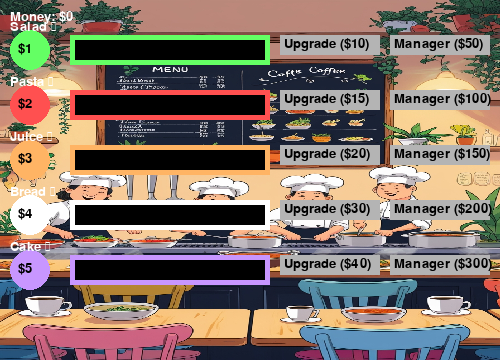
Repository: jontslater/idleclicker
Script's output: python main.py
These files come from the project's save history. The script's output is drawn as it stood at one moment and after a run of saves; the edit follows.
The window is shown after at most 60 frames with no key pressed. Random numbers start from a fixed seed. It also reads Leonardo_Phoenix_10_A_cozy_cartoonstyle_restaurant_interior_wa_1.jpg.

Above is the script's output before, as saved 2025-04-14 13:40:13.

After the next 4 saves:
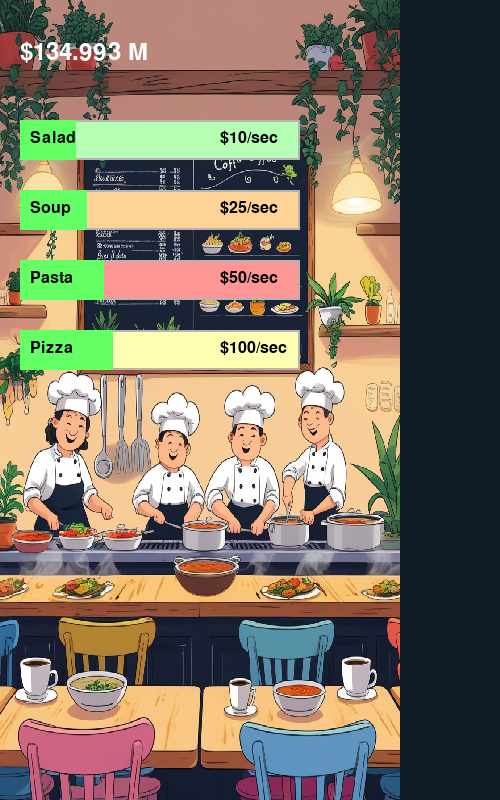
The 4 saves are shown as one change because 3 did not build or start.
The last was saved 11 min 24 s later.
--- a/main.py
+++ b/main.py
@@ -1,121 +1,75 @@
 import pygame
+import os
 
 pygame.init()
 
-# Set up screen FIRST before loading and converting image
-screen = pygame.display.set_mode([500, 360])
-pygame.display.set_caption('Idle Restaurant')
+# Screen setup for phone dimensions
+SCREEN_WIDTH, SCREEN_HEIGHT = 400, 800
+screen = pygame.display.set_mode((SCREEN_WIDTH, SCREEN_HEIGHT))
+pygame.display.set_caption("Idle Restaurant")
 
-# Now it's safe to load and convert the image
-background_img = pygame.image.load("c:/Users/lisaa/workspace/idleclicker/Leonardo_Phoenix_10_A_cozy_cartoonstyle_restaurant_interior_wa_1.jpg").convert()
-background_img = pygame.transform.scale(background_img, (500, 360))
+background = pygame.image.load("C:/Users/lisaa/workspace/idleclicker/Leonardo_Phoenix_10_A_cozy_cartoonstyle_restaurant_interior_wa_1.jpg")
+background = pygame.transform.scale(background, (SCREEN_WIDTH, SCREEN_HEIGHT))
 
-
-# Colors
-red = (255, 80, 80)
-green = (100, 255, 100)
-orange = (255, 180, 100)
-white = (255, 255, 255)
-black = (0, 0, 0)
-purple = (200, 150, 255)
-gray = (180, 180, 180)
-dark_gray = (70, 70, 70)
-
-screen = pygame.display.set_mode([500, 360])
-pygame.display.set_caption('Idle Restaurant')
-background = background_img
-framerate = 60
-font = pygame.font.Font(None, 20)
-timer = pygame.time.Clock()
-
-# Game values
-score = 0
+# Fonts and colors
+font_small = pygame.font.Font(None, 24)
+font_large = pygame.font.Font(None, 36)
+WHITE = (255, 255, 255)
+BLACK = (0, 0, 0)
+GRAY = (180, 180, 180)
+GREEN = (100, 255, 100)
 
 # Station data
 stations = [
-    {"name": "Salad 🥗", "color": green, "value": 1, "speed": 5, "length": 0, "draw": False, "auto": False, "upgrade_cost": 10, "manager_cost": 50},
-    {"name": "Pasta 🍝", "color": red, "value": 2, "speed": 4, "length": 0, "draw": False, "auto": False, "upgrade_cost": 15, "manager_cost": 100},
-    {"name": "Juice 🍊", "color": orange, "value": 3, "speed": 3, "length": 0, "draw": False, "auto": False, "upgrade_cost": 20, "manager_cost": 150},
-    {"name": "Bread 🍞", "color": white, "value": 4, "speed": 2, "length": 0, "draw": False, "auto": False, "upgrade_cost": 30, "manager_cost": 200},
-    {"name": "Cake 🍰", "color": purple, "value": 5, "speed": 1, "length": 0, "draw": False, "auto": False, "upgrade_cost": 40, "manager_cost": 300},
+    {"name": "Salad", "value": 10, "progress": 0, "max": 300, "color": (180, 255, 180)},
+    {"name": "Soup", "value": 25, "progress": 0, "max": 250, "color": (255, 210, 150)},
+    {"name": "Pasta", "value": 50, "progress": 0, "max": 200, "color": (255, 150, 150)},
+    {"name": "Pizza", "value": 100, "progress": 0, "max": 180, "color": (255, 255, 180)},
 ]
 
-def draw_station(station, y):
-    global score
-    # Auto-run if manager purchased
-    if station["auto"]:
-        station["draw"] = True
+def draw_ui():
+    screen.blit(background, (0, 0))
+    y_offset = 120
 
-    # Progress bar logic
-    if station["draw"] and station["length"] < 200:
-        station["length"] += station["speed"]
-    elif station["draw"] and station["length"] >= 200:
-        station["draw"] = False
-        station["length"] = 0
-        score += station["value"]
+    # Draw header
+    header = font_large.render("$134.993 M", True, WHITE)
+    screen.blit(header, (20, 40))
 
-    # Draw icon
-    pygame.draw.circle(screen, station["color"], (30, y), 20)
-    pygame.draw.rect(screen, station["color"], [70, y - 15, 200, 30])
-    pygame.draw.rect(screen, black, [75, y - 10, 190, 20])
-    pygame.draw.rect(screen, station["color"], [70, y - 15, station["length"], 30])
+    # Draw stations
+    for i, station in enumerate(stations):
+        pygame.draw.rect(screen, station["color"], (20, y_offset, 280, 40))
+        pygame.draw.rect(screen, GRAY, (20, y_offset, 280, 40), 2)
 
-    label = font.render(station["name"], True, white)
-    screen.blit(label, (10, y - 30))
+        # Progress fill
+        progress_width = (station["progress"] / station["max"]) * 280
+        pygame.draw.rect(screen, GREEN, (20, y_offset, progress_width, 40))
 
-    value_text = font.render(f"${station['value']}", True, black)
-    screen.blit(value_text, (18, y - 8))
+        # Text
+        name = font_small.render(station["name"], True, BLACK)
+        screen.blit(name, (30, y_offset + 10))
 
-    # Buttons: upgrade and manager
-    upg_btn = pygame.Rect(280, y - 15, 100, 20)
-    mgr_btn = pygame.Rect(390, y - 15, 100, 20)
+        income = font_small.render(f"${station['value']}/sec", True, BLACK)
+        screen.blit(income, (220, y_offset + 10))
 
-    pygame.draw.rect(screen, gray, upg_btn)
-    pygame.draw.rect(screen, gray, mgr_btn)
+        y_offset += 70
 
-    upg_label = font.render(f"Upgrade (${station['upgrade_cost']})", True, black)
-    mgr_label = font.render(f"Manager (${station['manager_cost']})", True, black)
-    screen.blit(upg_label, (upg_btn.x + 4, upg_btn.y + 2))
-    screen.blit(mgr_label, (mgr_btn.x + 4, mgr_btn.y + 2))
-
-    return pygame.Rect(10, y - 20, 40, 40), upg_btn, mgr_btn
-
+# Game loop
+clock = pygame.time.Clock()
 running = True
 while running:
-    timer.tick(framerate)
-    screen.blit(background, (0, 0))
-
-
-    # Events
+    clock.tick(60)
     for event in pygame.event.get():
         if event.type == pygame.QUIT:
             running = False
 
-        if event.type == pygame.MOUSEBUTTONDOWN:
-            for i, station in enumerate(stations):
-                task_y = 50 + i * 55
-                task_rect, upg_rect, mgr_rect = draw_station(station, task_y)
+    # Update logic (example: increase progress)
+    for station in stations:
+        station["progress"] += 1
+        if station["progress"] >= station["max"]:
+            station["progress"] = 0
+            # Here you could increase money by station['value']
 
-                if task_rect.collidepoint(event.pos) and not station["auto"]:
-                    station["draw"] = True
-
-                if upg_rect.collidepoint(event.pos) and score >= station["upgrade_cost"]:
-                    score -= station["upgrade_cost"]
-                    station["speed"] += 1
-                    station["upgrade_cost"] += 10
-
-                if mgr_rect.collidepoint(event.pos) and not station["auto"] and score >= station["manager_cost"]:
-                    score -= station["manager_cost"]
-                    station["auto"] = True
-
-    # Draw stations
-    for i, station in enumerate(stations):
-        draw_station(station, 50 + i * 55)
-
-    # Score display
-    money_text = font.render(f"Money: ${round(score, 2)}", True, white)
-    screen.blit(money_text, (10, 10))
-
-    pygame.display.update()
+    draw_ui()
+    pygame.display.flip()
 
 pygame.quit()
